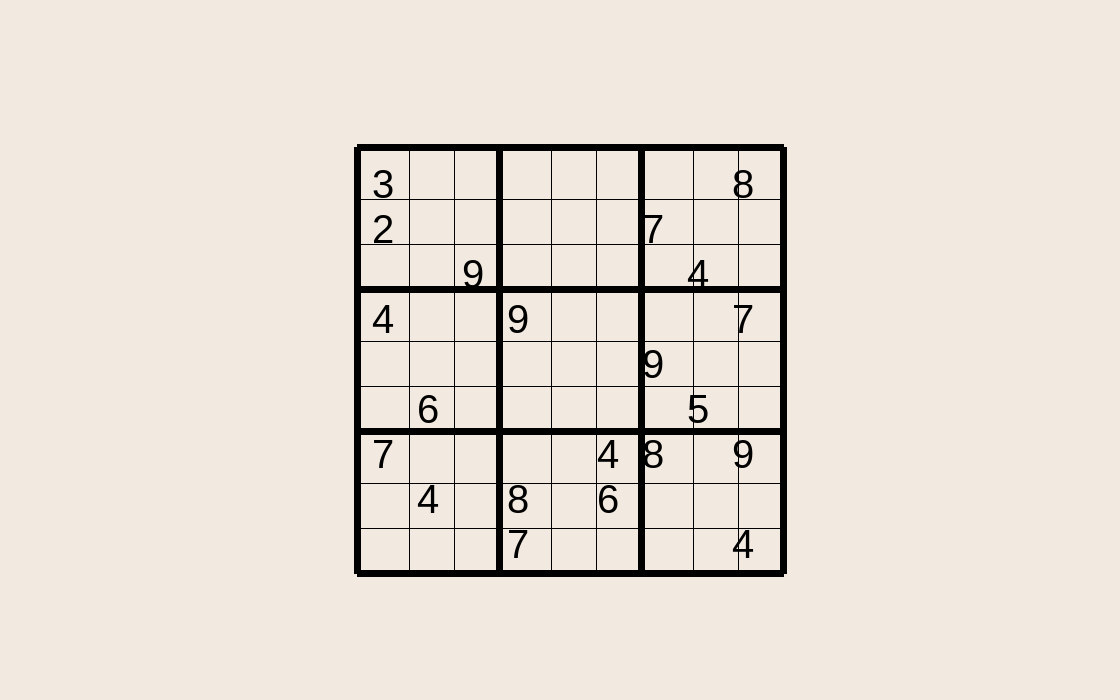
Repository: JensVL96/Puzzle-solver-for-fun
Script's output: python sudoku.py
These files come from the project's save history. The script's output is drawn as it stood at one moment and after the next save; the edit follows.
The window is shown after at most 60 frames with no key pressed. A system font it names is replaced by a similar one. Random numbers start from a fixed seed.

Above is the script's output before, as saved 2020-11-07 16:49:37.

After the next save:
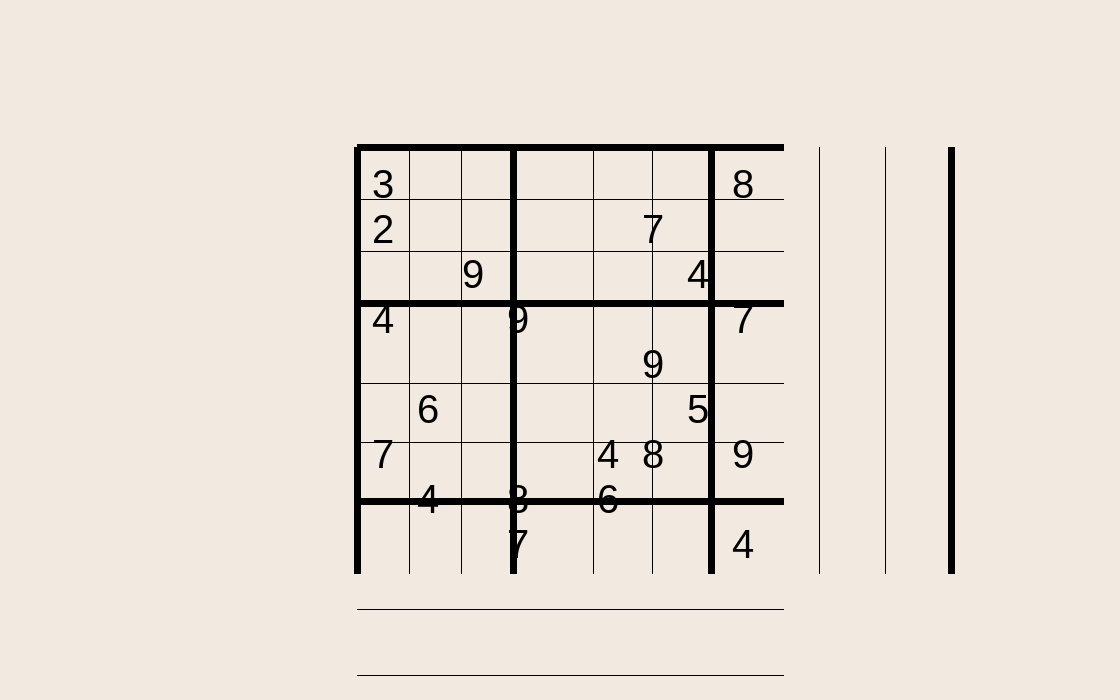
Saved 95 s later.
--- a/display_board.py
+++ b/display_board.py
@@ -28,7 +28,7 @@ class Display_board():
                         text1 = self.font_num.render(str(grid[i][j]), 1, BLACK)
                         self.screen.blit(text1, (TOP_LX + i * BLOCK_SIZE + 15, TOP_LY + j * BLOCK_SIZE + 14))
 
-        size = 0
+        size = BLOCK_SIZE
         for i in range(10):
             if i %3 == 0:
                 thick = 7
@@ -39,15 +39,15 @@ class Display_board():
                 size +=7
 
             print("line: ", i, size, "block size: ", BLOCK_SIZE)
-            print("Start: ", TOP_LX, TOP_LY + i * BLOCK_SIZE + size, "end: ", TOP_RX, TOP_RY + i * BLOCK_SIZE + size)
-            print("Start: ", TOP_LX + i * BLOCK_SIZE + size, TOP_LY, "end: ", BOT_LX + i * BLOCK_SIZE + size, BOT_LY)
+            print("Start: ", TOP_LX, TOP_LY + i * size, "end: ", TOP_RX, TOP_RY + i * size)
+            print("Start: ", TOP_LX + i * size, TOP_LY, "end: ", BOT_LX + i * size, BOT_LY)
             pg.draw.line(self.screen, BLACK, (TOP_LX,
-                                            TOP_LY + i * BLOCK_SIZE + size),
+                                            TOP_LY + i * size),
                                             (TOP_RX + 21,
-                                            TOP_RY + i * BLOCK_SIZE + size), thick)
-            pg.draw.line(self.screen, BLACK, (TOP_LX + i * BLOCK_SIZE + size,
+                                            TOP_RY + i * size), thick)
+            pg.draw.line(self.screen, BLACK, (TOP_LX + i * size,
                                             TOP_LY),
-                                            (BOT_LX + i * BLOCK_SIZE + size,
+                                            (BOT_LX + i * size,
                                             BOT_LY + 21), thick)
 
             # For candidate placement
